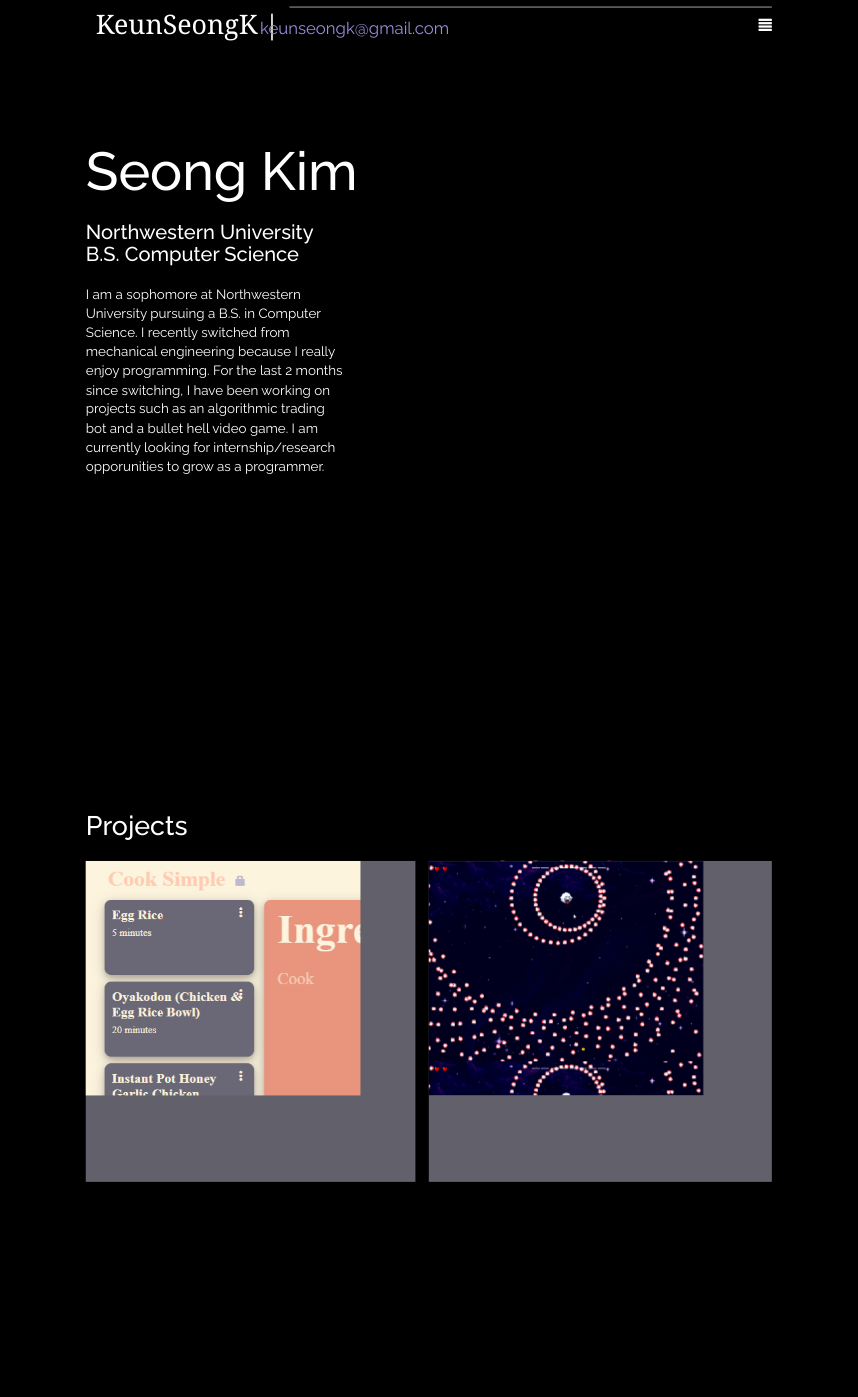
Repository: oqueuo/personal-site
Page: index.html
An editor plug-in stored every save of this project. The page is shown before and after the next save, followed by the edit.
The browser window is 1280 px wide. The pictures show the whole page, at 67% of full size.

Above is the page before, as saved 2020-09-21 18:08:50.

After the next save:
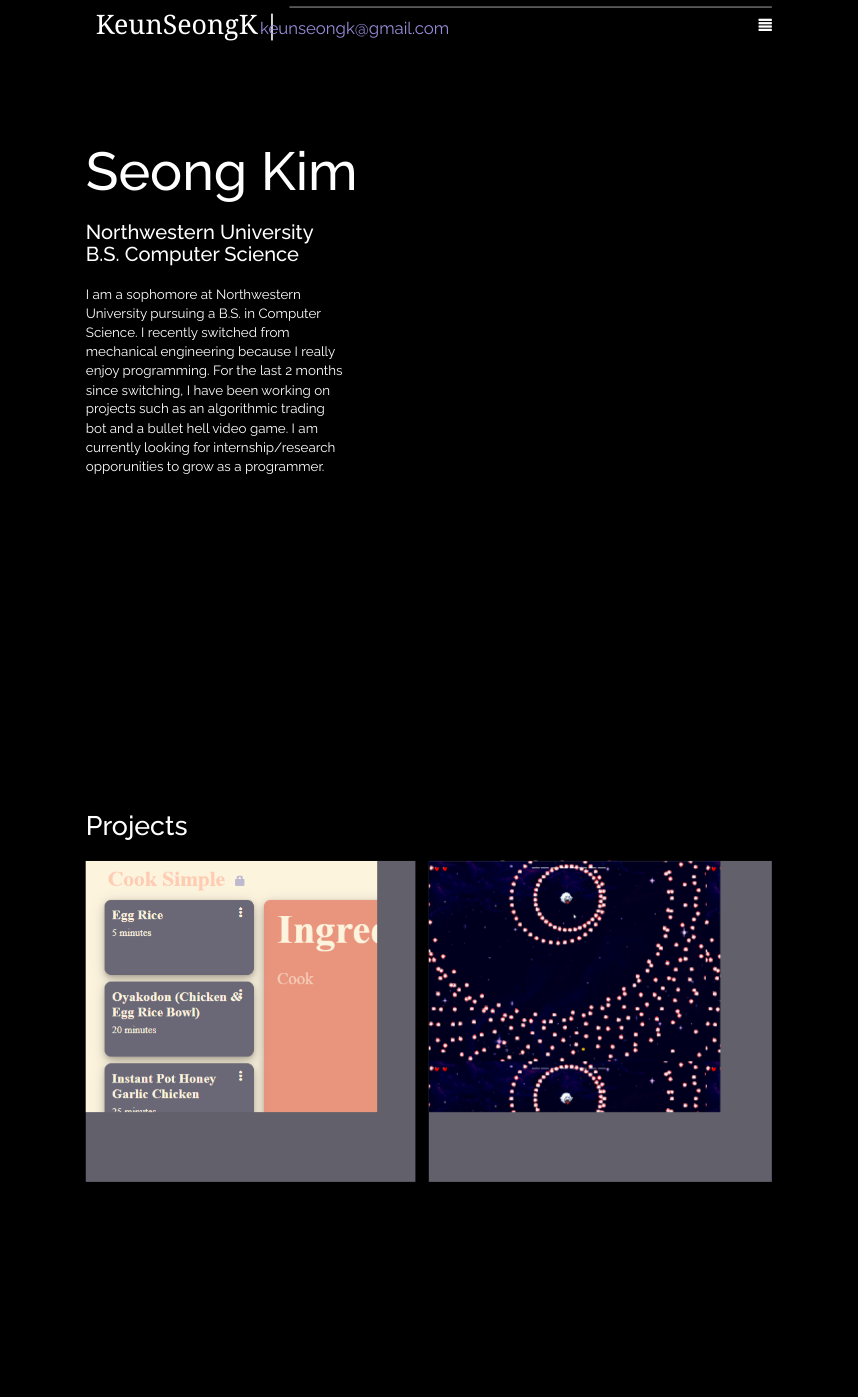
Saved 6 s later.
--- a/styles.css
+++ b/styles.css
@@ -123,8 +123,8 @@ ul a:active, #email:active, .more-info-on-github:active {
     width: 100%;
 }
 .project-card-content {
-    width: 80%;
-    height: 70%;
+    width: 85%;
+    height: 75%;
     position: absolute;
     background-size: auto;
 
